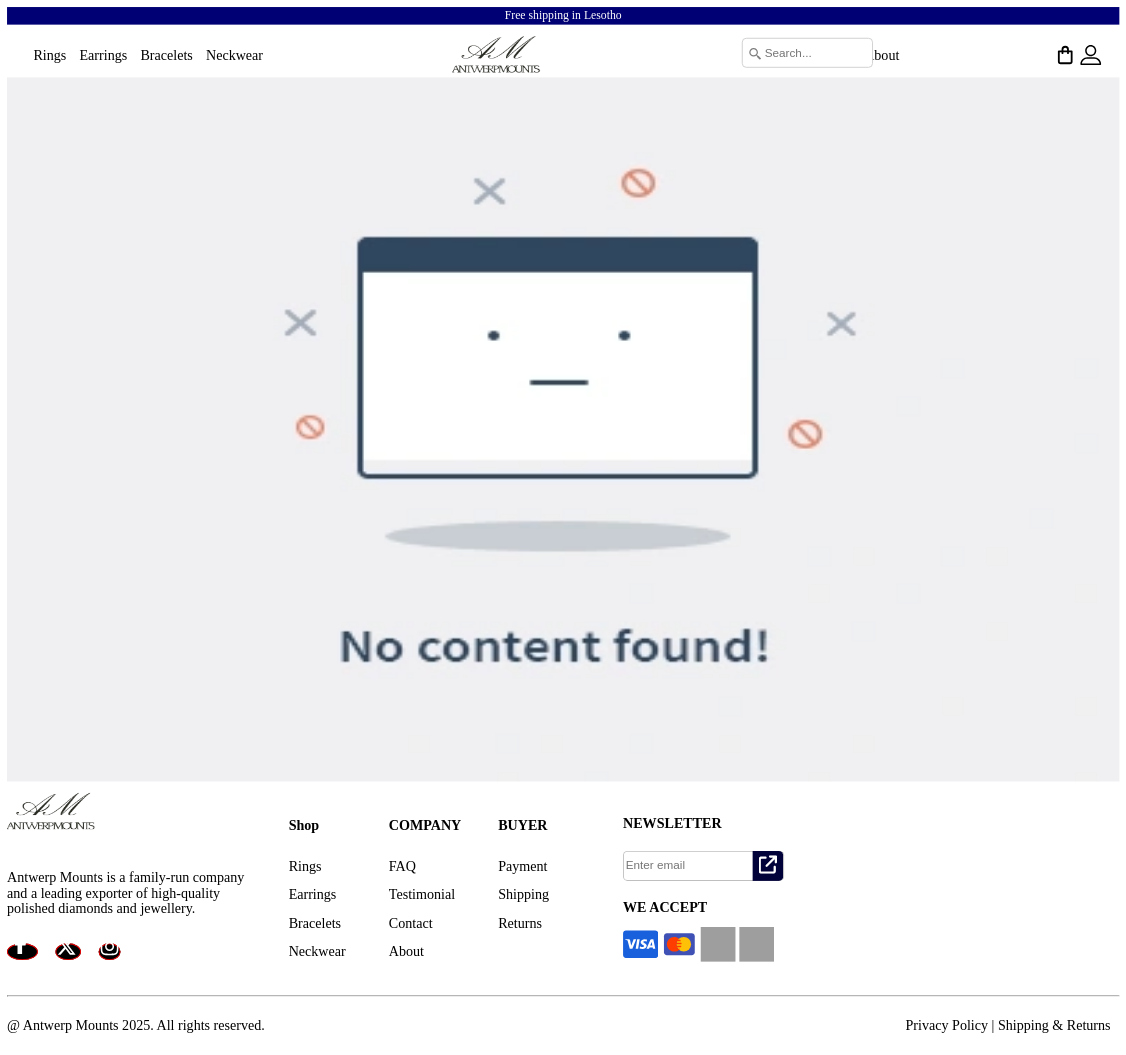
Repository: kea-0424/Web-Development-Project-1
Page: First_collaboration/JewelarySite.html
These files come from the project's save history. The page is drawn as it stood at one moment and after a run of saves; the edit follows.
The browser window is 1280 px wide. The pictures show the whole page, at 88% of full size.
Pictures or frames that could not be fetched are drawn as grey boxes.

Above is the page before, as saved 2025-01-23 12:28:50.

### First_collaboration/JewelarySite.html
<!DOCTYPE html>
<html lang="en">
<head>
    <meta charset="UTF-8">
    <meta name="viewport" content="width=device-width, initial-scale=1.0">
    <title>Document</title>
    <link rel="stylesheet" href="./JewelarySite.css">
</head>
<body>
    <header>
        <div class="notification">
            <span>Free shipping in Lesotho</span>
        </div>
        <nav>
                <ul class="navigations"  id="right_nav">
                    <li class="navbar_links"><a href="#">Rings</a></li>
                    <li class="navbar_links"><a href="#">Earrings</a></li>
                    <li class="navbar_links"><a href="#">Bracelets</a></li>
                    <li class="navbar_links"><a href="#">Neckwear</a></li>
                </ul>

            <div class="logo_container">
<img src="Main_Logo-removebg-preview.png" alt="Logo" class="main_logo" id="Nav_logo">
            </div>
                <ul class="navigations" id="left_nav">
                    <li class="navbar_links"><a href="#">FAQ</a></li>
                    <li class="navbar_links"><a href="#">Help</a></li>
                    <li class="navbar_links"><a href="#">About</a></li>
                </ul>
                <form action="#">
                    <div class="searchbar_container">
                        <img src="./bx-search-alt-2.svg" alt="icon" class="searchbar_icon">
                        <input class='searchbar' type="text" placeholder="Search...">
                    </div>
                </form>
                <div class="nav_icons">
                    <img src="./cart.svg" alt="Logo" class="icon">
                    <img src="./profile.svg" alt="Logo" class="icon">
                </div>
        </nav>
    </header>
    <main>
        <img src="./NoContent.webp" alt="No_Content" class="No_Content">
    </main>
    <footer>
        <div class="about_us">
            <div class="logo_container">
                <img src="Main_Logo-removebg-preview.png" alt="Logo" class="main_logo">
                            </div>
                            <div class="bio">
                                <p>Antwerp Mounts is a family-run company<br>
                                    and a leading exporter of high-quality<br>
                                   polished diamonds and jewellery.</p>
                            </div>
                                <div class="social_media">
                                    <div class="socials1" >
                                        <a href="#"><img src="./facebook-f-brands-solid.svg" alt="Facebook" id="facebook_link"></a>
                                    </div>
                                    <div class="socials2">
                                        <a href="#"><img src="./x-twitter-brands-solid.svg" alt="Twitter" id="X_link"></a>
                                    </div>
                                    <div class="socials2">
                                        <a href="#"><img src="./instagram-brands-solid.svg" alt="Instagram" id="instagram_link"></a>
                                    </div>
                                    </div>
        </div>
        <div class="navigation">
            <div class="list1">
                <h4>Shop</h4>
                <ul class="footer_lists">
                    <li><a href="#">Rings</a></li>
                    <li><a href="#">Earrings</a></li>
                    <li><a href="#">Bracelets</a></li>
                    <li><a href="#">Neckwear</a></li>
                </ul>
            </div>
            <div class="list2">
               <h4>COMPANY</h4>
               <ul class="footer_lists">
                <li><a href="#">FAQ</a></li>
                <li><a href="#">Testimonial</a></li>
                <li><a href="#">Contact</a></li>
                <li><a href="#">About</a></li>
               </ul>
            </div>
            <div class="list3">
                <h4>BUYER</h4>
                <ul class="footer_lists">
                    <li><a href="#">Payment</a></li>
                    <li><a href="#">Shipping</a></li>
                    <li><a href="#">Returns</a></li>
                </ul>
            </div>
        </div>
        <div class="Subscription">
            <h4>NEWSLETTER</h4>
            <form action="#">
                <div class="input_container">
                    <input type="text" placeholder="Enter email" class="newsletter_input">
                    <button type="submit" class="submit_btn"><img src="./arrow-up-right-from-square-solid.svg" alt="arrow"></button>
                </div>
            </form>
            <h4>WE ACCEPT</h4>
            <div class="payment_methods">
                <div class="payment_method">
                    <img src="./cc-visa-brands-solid.svg" alt="visa" id="visa">
                </div>
                <div class="payment_method">
                    <img src="mastercard.svg" alt="mastercard" id="mastercard">
                </div>
                <div class="payment_method">
                    <img src="./paypal.svg" alt="paypal" id="paypal">
        </div>
        <div class="payment_method">
            <img src="./skrill.svg" alt="skrill" id="skrill">
        </div>
            </div>
        </div>
        <hr>
        <div class="copyright">
            <p class="left_details">@ Antwerp Mounts 2025. All rights reserved.</p>
            <p class="right_details">Privacy Policy | Shipping & Returns</p>
        </div>
    </footer>
</body>
</html>

### First_collaboration/JewelarySite.css

body {
    box-sizing: border-box;
}
.notification {
    background-color: rgb(0 0 117);
    color: rgb(255 255 255);
    display: flex;
    align-items: center;
    justify-content: center;
    font-size: smaller;
    width: inherit;
    height: 20px;
}
nav {
    display: flex;
    justify-content: space-between;
    /*padding: 10px;*/
}
.main_logo {
    height: 80px;
    width: 100px;
    margin-top: 0;

}
#Nav_logo {
    margin: 0 auto;
    position: absolute;
    left: 40%;
}
.navigations,.navbar_links {
    list-style-type: none;
    display: flex;
    justify-content: space-between;
list-style: none;
text-decoration: none;
color: inherit;
margin-right: 15px;
padding: 0;
}
nav {
    position:relative;
    width: 100%;
    height: 60px
}

a {
    text-decoration: none;
color: inherit;
}
a:hover {
    /*font-size: larger;*/
    transition: font-size 0.2s ease-in-out;
    position: relative;
    /*background-color: blue;*/
    color: rgba(0 0 255 / 0.26);
    border-radius: 3px;
}
main,.No_Content {
    width: 100%;
    height: 800px;
}
.searchbar {
    width: 120px;
    height: 30px;
    border-radius: 5px;
    border: 1px solid #ccc;
    margin-top: 18px;
    padding-left: 25px;
    position: absolute;
    bottom: 1px;
}
.searchbar_container{
/*border: 1px solid red;*/
    width: 120px;
    height: 30px;
    position: relative;
    left: 300px;
    top: 20px;
}
.searchbar_icon{
    position: absolute;
    z-index: 1;
    margin-left: 7px;
    opacity: 0.5;
    height: 17px;
    width: 17px;
    top: 5px;
}
.navbar_links {
    margin-top: 10px;
}
.icon {
    width: 25px;
    height: 25px;
    margin-top: 22px;
}
#left_nav{
    position: absolute;
    right: 220px;
}
#right_nav {
    position: absolute;
    left: 30px;
}
.nav_icons {
    margin-right: 20px;
}
.socials1, .socials2, .socials3 {
    border: 1px solid red;
    display: inline;
    height: 50px;
    width: 50px;
    background-color: black;
    border-radius: 50%;
    margin-right: 20px;
}
.bio {
    /*border: 1px solid red;*/
    display: inline-block;
}
#facebook_link{
    height: 23px;
    width: 23px;
    padding: 3px;
}
#instagram_link {
    height: 23px;
    width: 23px;
}
#X_link {
    height: 23px;
    width: 23px;
    display: inline-block;
}
/*.list1,.list2,.list3*/.navigation{
    /*border: 1px solid red;*/
    display: inline-block;
    position: absolute;
    left: 320px;
    top: 20px;
box-sizing: border-box;
}
footer {
    /*border: 1px solid red;*/
    position: relative;
}
.list1,.list2,.list3 {
    /*border: 1px solid red;*/
    display: inline-block;
    box-sizing: border-box;
    margin-right: 5px;
}
.list3 {
    position: relative;
    bottom: 32px;
}
.footer_lists {
    position: relative;
    right: 40px;
    list-style: none;
    line-height: 2em;
}
.input_container{
    /*border: 1px solid red;*/
    display: inline;
    height: 33px;
    position: relative;
    border-radius: 5px;
    z-index: 1
}
.newsletter_input {
    height: 30px;
    overflow: hidden;
    border-radius: 5px;
    border: 1px solid rgba(0 0 0 / 0.25);
    /*z-index: 1;*/
}
.submit_btn {
    background-color: rgb(2 2 59);
    border: 1px solid transparent;
    height: 34px;
    width: 35px;
    position: absolute;
right: 1px;
    border-radius:0px 5px 5px 0px;
}
#visa, #mastercard, #paypal, #skrill {
    height: 40px;
    width: 40px;
}
#visa:hover, #mastercard:hover, #paypal:hover, #skrill:hover {
    height: 50px;
    width: 50px;
}
.payment_method {
    /*border: 1px solid red;*/
    display: inline-block;
    position: relative;
    bottom: 8px;
}
.Subscription {
/*border: 1px solid red;*/
display: inline;
position: absolute;
left: 700px;
top:18px;
}
hr {
    margin-top: 40px;
}
.copyright {
   /* border: 1px solid red;*/
    position: relative;
}
.left_details {
    /*border: 1px solid red;*/
    display: inline-block;
}
.right_details {
    /*border: 1px solid red;*/
    display: inline;
    position: absolute;
    right: 10px;
}

After the next 3 saves:
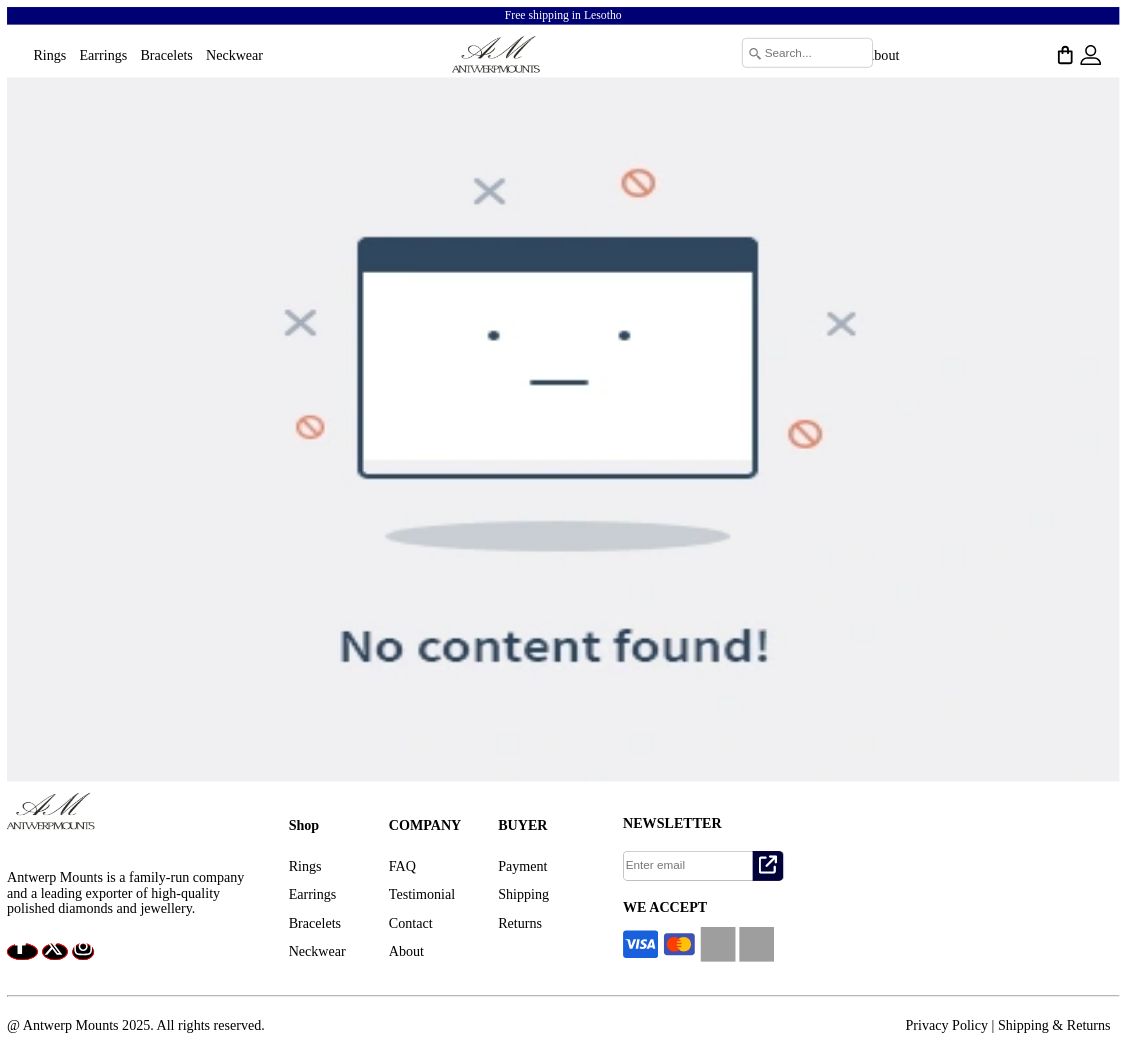
The 3 saves are shown as one change because they came seconds apart.
The last was saved 12 s later.
--- a/First_collaboration/JewelarySite.css
+++ b/First_collaboration/JewelarySite.css
@@ -113,7 +113,7 @@ main,.No_Content {
     width: 50px;
     background-color: black;
     border-radius: 50%;
-    margin-right: 20px;
+    margin-right: 5px;
 }
 .bio {
     /*border: 1px solid red;*/
